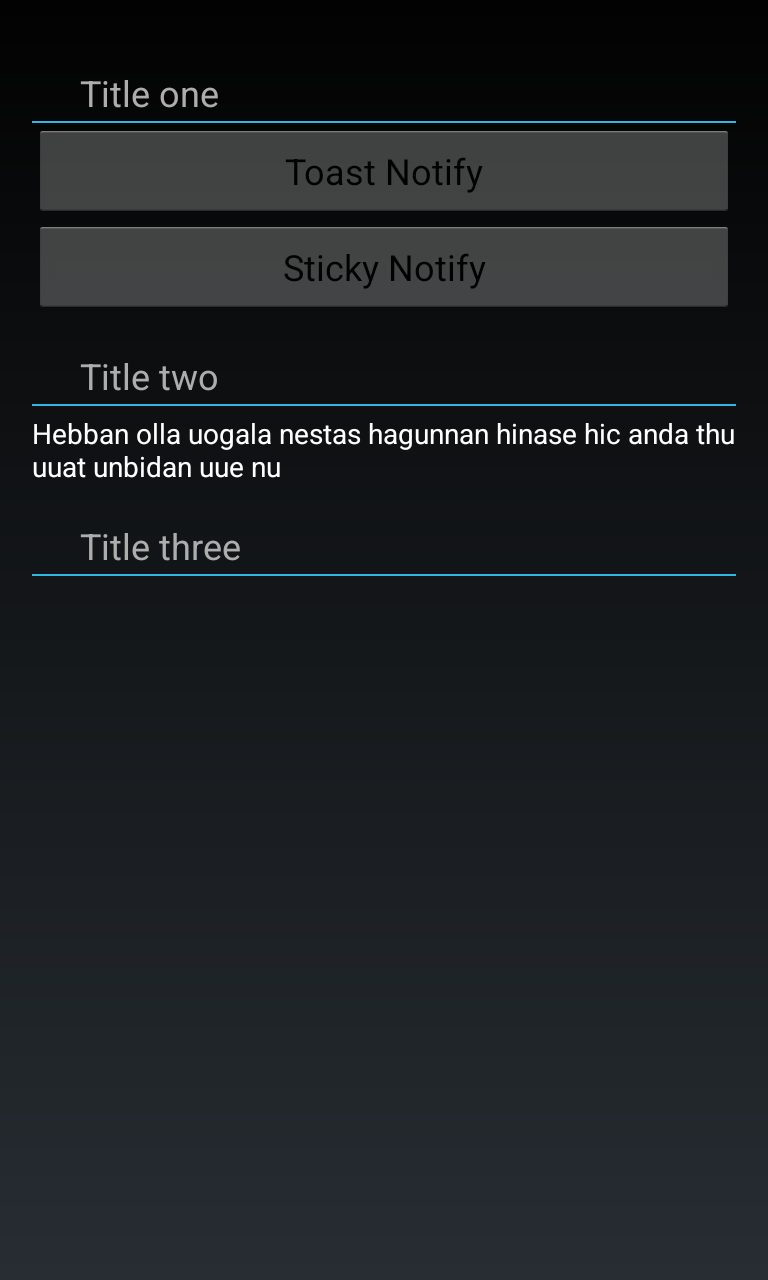
Repository: zubke/NotifyLib
Layout: Android-NotifySample/res/layout/activity_main.xml
These files come from the project's save history. The layout is drawn as it stood at one moment and after the next save; the edit follows.
It is drawn on a 768 x 1280 px phone screen (xhdpi) without system bars, with theme AppTheme; the app's code is not run.

Above is the layout before, as saved 2013-10-07 19:39:17.

After the next save:
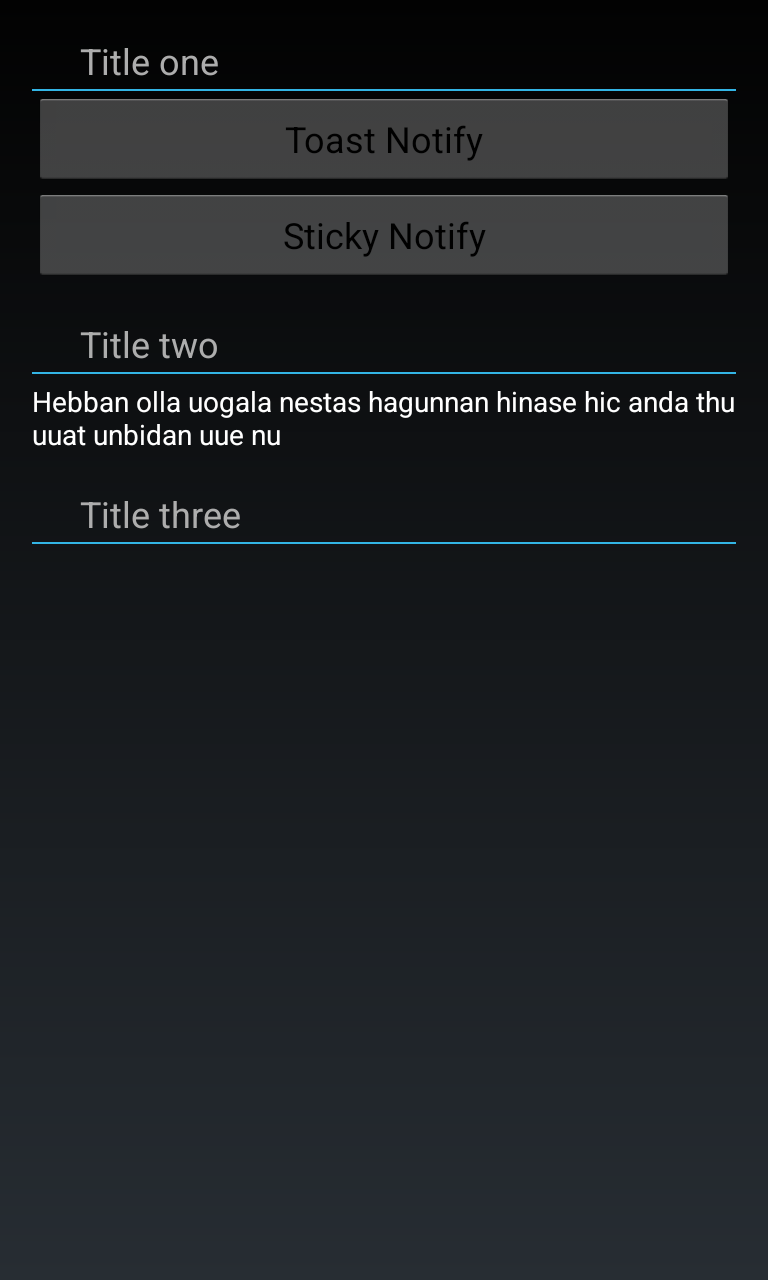
Saved 21 s later.
--- a/Android-NotifySample/res/layout/activity_main.xml
+++ b/Android-NotifySample/res/layout/activity_main.xml
@@ -11,8 +11,7 @@
         android:paddingBottom="@dimen/activity_vertical_margin"
         android:paddingLeft="@dimen/activity_horizontal_margin"
         android:paddingRight="@dimen/activity_horizontal_margin"
-        android:paddingTop="@dimen/activity_vertical_margin" >
-
+>
         <TextView
             style="@style/Title"
             android:layout_width="wrap_content"
